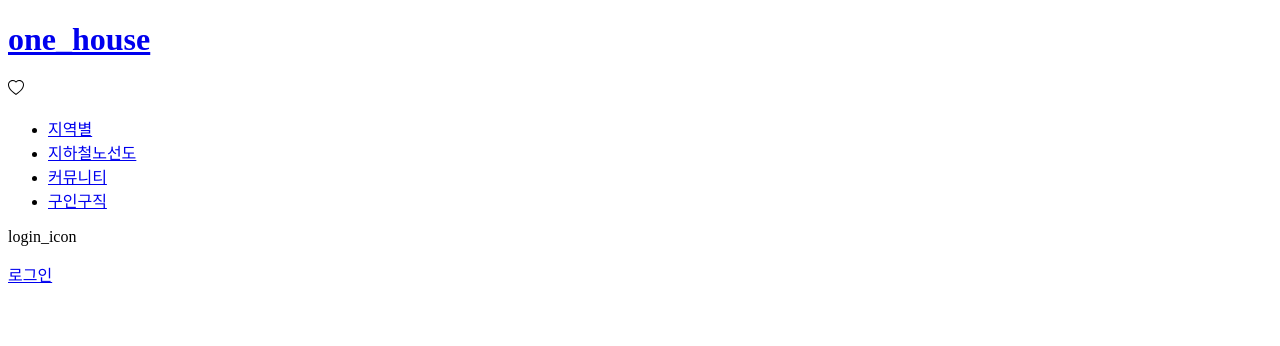
Repository: nayeon-3/one_house
Page: one_house/public/main/main.html
These files come from the project's save history. The page is drawn as it stood at one moment and after the next save; the edit follows.
The browser window is 1280 px wide. The pictures show the whole page.

Above is the page before, as saved 2025-02-10 08:09:59.

### one_house/public/main/main.html
<!DOCTYPE html>
<html>
<head>
<meta charset="UTF-8">
<title>Insert title here</title>
<!-- 스타일 -->
<link rel="stylesheet" href="main.css">
<style type="text/css">
/* Login 1 */



.icon {
  position: absolute;
  top: 114px;
  left: 1136px;
  width: 44px;
  height: 44px;
  fill: #9095A0FF;
}
</style>
</head>
<body>
	<div id="wwrap">
		<header id="header">
			<div class="header_area box_inner clear">
				<h1><a href="#">one_house</a></h1>      <!-- 로고: 왼쪽 배치 -->

				<svg xmlns="http://www.w3.org/2000/svg" width="16" height="16" fill="currentColor" class="bi bi-heart" viewBox="0 0 16 16">
  <path d="m8 2.748-.717-.737C5.6.281 2.514.878 1.4 3.053c-.523 1.023-.641 2.5.314 4.385.92 1.815 2.834 3.989 6.286 6.357 3.452-2.368 5.365-4.542 6.286-6.357.955-1.886.838-3.362.314-4.385C13.486.878 10.4.28 8.717 2.01zM8 15C-7.333 4.868 3.279-3.04 7.824 1.143q.09.083.176.171a3 3 0 0 1 .176-.17C12.72-3.042 23.333 4.867 8 15"/>
</svg>
				<nav>
					<ul class="gnb clear">
						<li><a href="#" class="menu1">지역별</a></li>
						<li><a href="#" class="menu2">지하철노선도</a></li>
						<li><a href="#" class="menu3">커뮤니티</a></li>
						<li><a href="#" class="menu4">구인구직</a></li>
					</ul>
				</nav>

				<div class="header_cont">              <!-- 오른쪽 끝 배치 -->
					<p class=icon>login_icon</p>
					<p><a href="#login">로그인</a></p>
				</div>

			</div>

		</header>
	</div>
</body>
</html>

Loaded but not shown: one_house/public/main/main.css (common file)

After the next save:
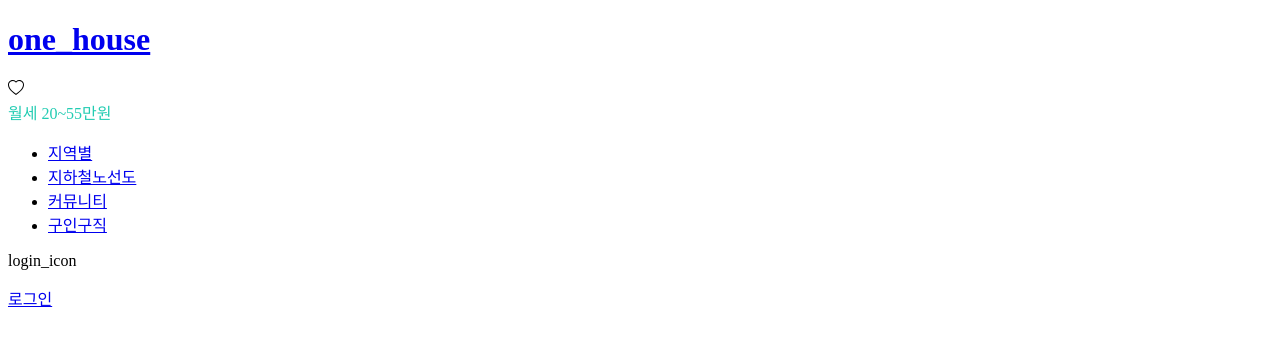
Saved 6 min 31 s later.
--- a/one_house/public/main/main.html
+++ b/one_house/public/main/main.html
@@ -29,6 +29,9 @@
 				<svg xmlns="http://www.w3.org/2000/svg" width="16" height="16" fill="currentColor" class="bi bi-heart" viewBox="0 0 16 16">
   <path d="m8 2.748-.717-.737C5.6.281 2.514.878 1.4 3.053c-.523 1.023-.641 2.5.314 4.385.92 1.815 2.834 3.989 6.286 6.357 3.452-2.368 5.365-4.542 6.286-6.357.955-1.886.838-3.362.314-4.385C13.486.878 10.4.28 8.717 2.01zM8 15C-7.333 4.868 3.279-3.04 7.824 1.143q.09.083.176.171a3 3 0 0 1 .176-.17C12.72-3.042 23.333 4.867 8 15"/>
 </svg>
+
+
+<div style="color: #22CCB2">월세 20~55만원</div>
 				<nav>
 					<ul class="gnb clear">
 						<li><a href="#" class="menu1">지역별</a></li>
